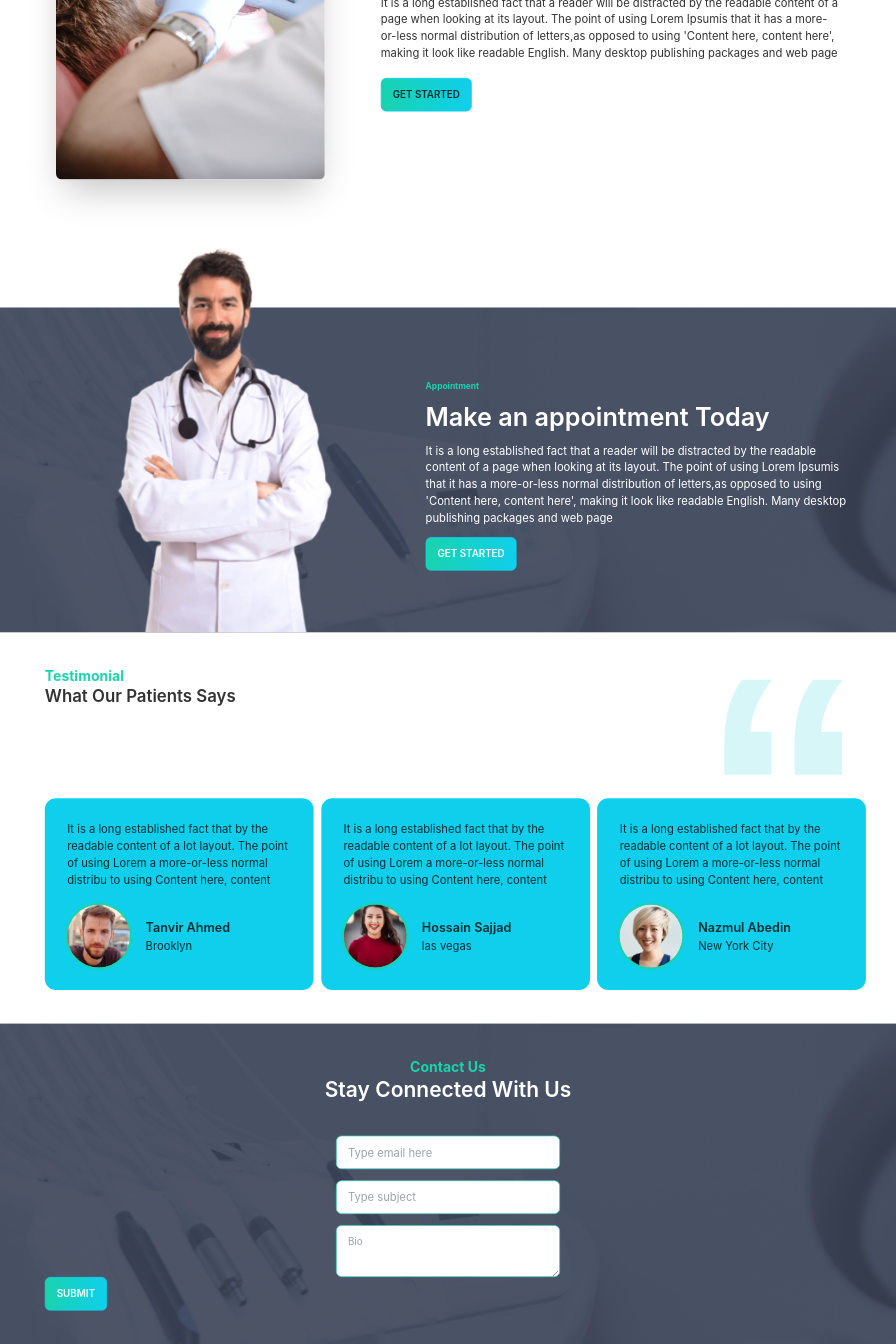
Repository: Tanvir3744/Doctors-client-website
Page: /
An editor plug-in stored every save of this project. The page is shown before and after a run of saves, followed by the edit.
The browser window is 1280 px wide. The pictures show the part of the page from y = 1716 to 3636 px (the page is 3636 px tall), at 70% of full size.
The project was rebuilt for these pictures with package versions that can differ from the ones it lists, and the page was loaded fresh each time. Also part of the build but not shown: src/Pages/About/About.js, src/Pages/Login/Login.js, src/Pages/NotFound/NotFound.js.

Above is the page before, as saved 2022-05-25 23:36:21.

After the next 2 saves:
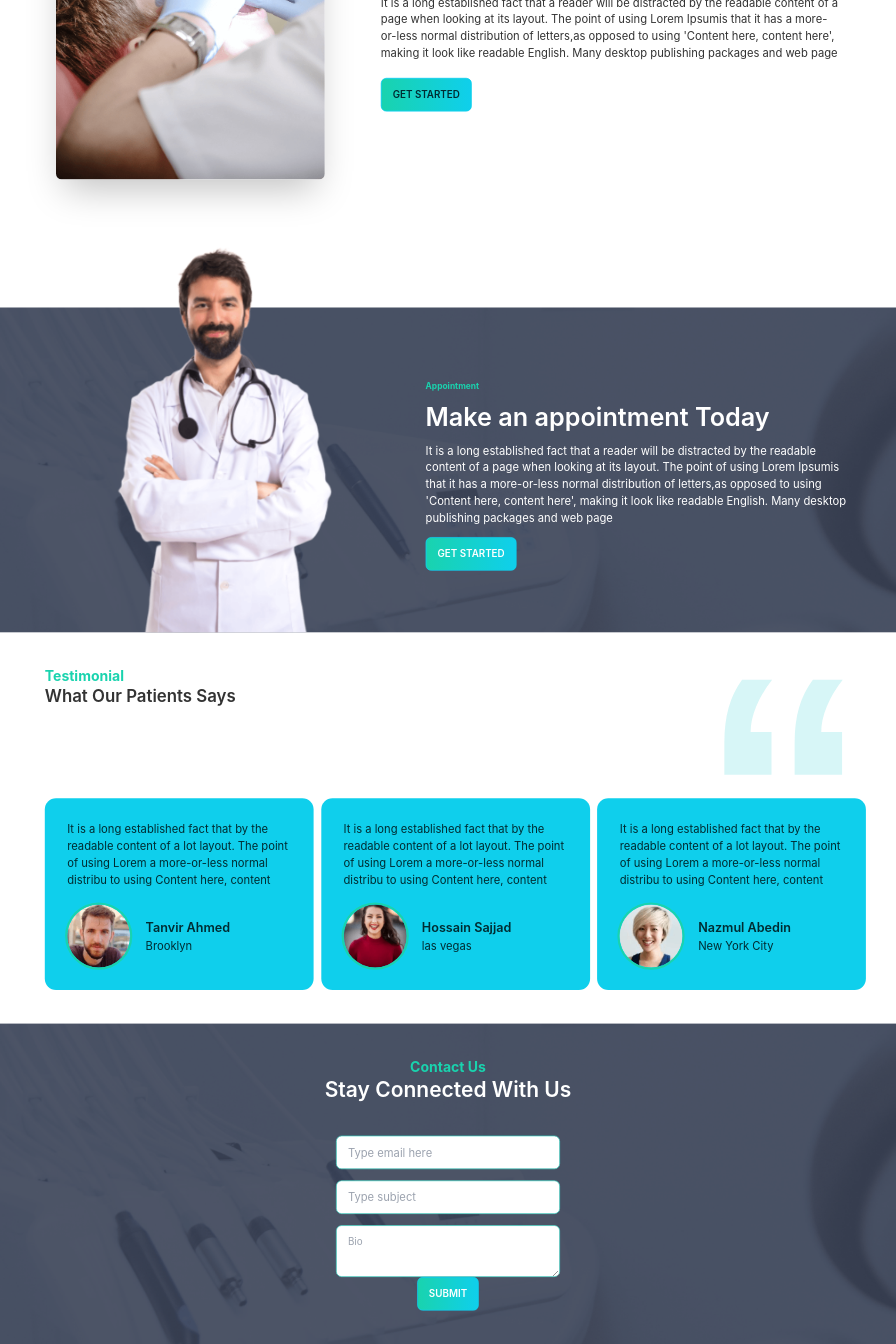
The 2 saves are shown as one change because they came seconds apart.
The last was saved 5 s later.
--- a/src/Pages/Home/ContactUs.js
+++ b/src/Pages/Home/ContactUs.js
@@ -11,8 +11,8 @@ const ContactUs = () => {
                 <input type="email" placeholder="Type email here" className="mt-4 input input-bordered input-accent w-full lg:max-w-xs" />
                 <input type="text" placeholder="Type subject" className="mt-4 input input-bordered input-accent w-full lg:max-w-xs" />
                 <textarea className="mt-4 textarea textarea-accent input-borderd w-full lg:max-w-xs" placeholder="Bio"></textarea>
+                <button className="btn btn-primary bg-gradient-to-r from-secondary to-primary text-white ">Submit</button>
             </div>
-            <button className="btn btn-primary bg-gradient-to-r from-secondary to-primary text-white ">Submit</button>
         </section>
     );
 };
